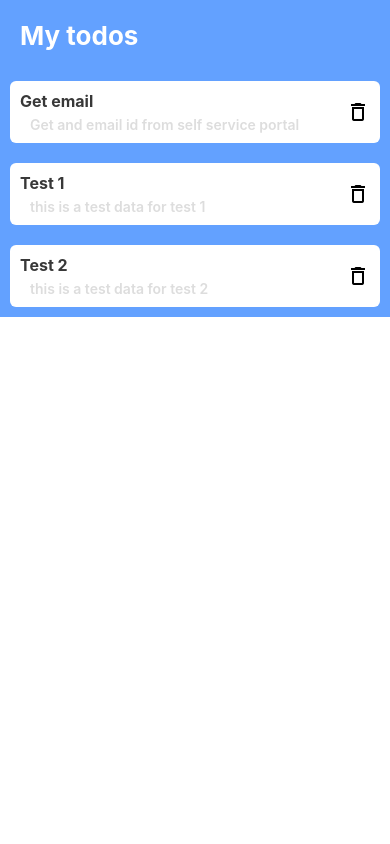
Repository: sadarsh216/Todo-App
Page: /
These files come from the project's save history. The page is drawn as it stood at one moment and after the next save; the edit follows.
The browser window is 390 px wide. The pictures show the whole page.
The app was drawn by React Native's web renderer in a window 390 px wide. The project was rebuilt for these pictures with package versions that can differ from the ones it lists, and the page was loaded fresh each time.

Above is the page before, as saved 2021-10-09 13:06:15.

After the next save:
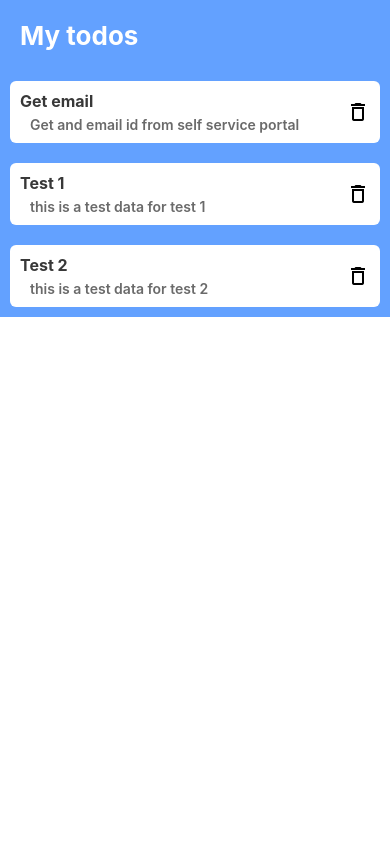
Saved 74 s later.
--- a/Pages/Todos.tsx
+++ b/Pages/Todos.tsx
@@ -57,7 +57,7 @@ const styles = StyleSheet.create({
   desc: {
     paddingHorizontal: 10,
     fontWeight: "600",
-    color: "#ddd",
+    color: "#6a6a6a",
   },
   details: {
     flex: 2,
